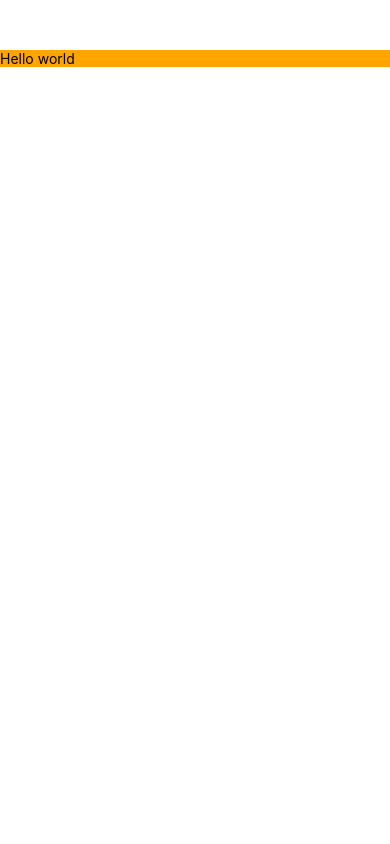
Repository: Ducbii4202/React-Native
Screen: /
An editor plug-in stored every save of this project. The screen is shown before and after the next save, followed by the edit.
The app was drawn by React Native's web renderer in a window 390 px wide. The project was rebuilt for these pictures with package versions that can differ from the ones it lists, and the page was loaded fresh each time.

Above is the screen before, as saved 2024-09-15 20:59:34.

### App.tsx

import { useState } from 'react';
import { Button, FlatList, ScrollView, StyleSheet, Text, TextInput, View } from 'react-native';

export default function App() {


  return (
    <View style={styles.container}>
      <Text style={styles.header}>Hello world</Text>


    </View>
  );
}


//css in js
const styles = StyleSheet.create({
  container: {
    flex: 1,
    backgroundColor: '#fff',
    paddingTop: 50,
    // paddingHorizontal: 20,
    // alignItems: 'center',
    // justifyContent: 'center',
  },
  header: {
    backgroundColor: 'orange',
  }

});

After the next save:
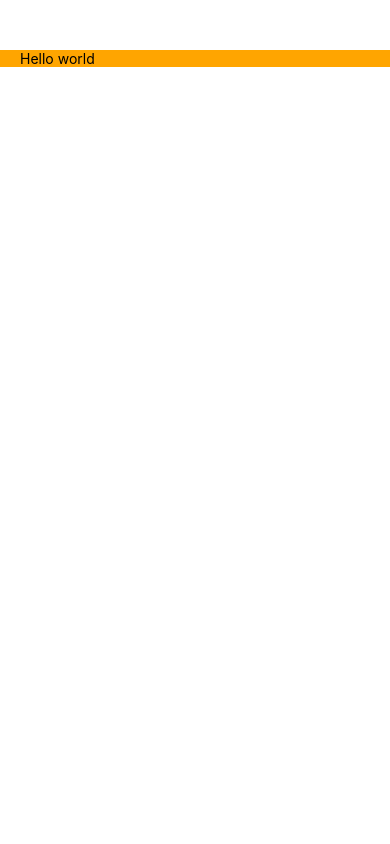
Saved 93 s later.
--- a/App.tsx
+++ b/App.tsx
@@ -21,12 +21,12 @@ const styles = StyleSheet.create({
     flex: 1,
     backgroundColor: '#fff',
     paddingTop: 50,
-    // paddingHorizontal: 20,
     // alignItems: 'center',
     // justifyContent: 'center',
   },
   header: {
     backgroundColor: 'orange',
+    paddingHorizontal: 20,
   }
 
 });
